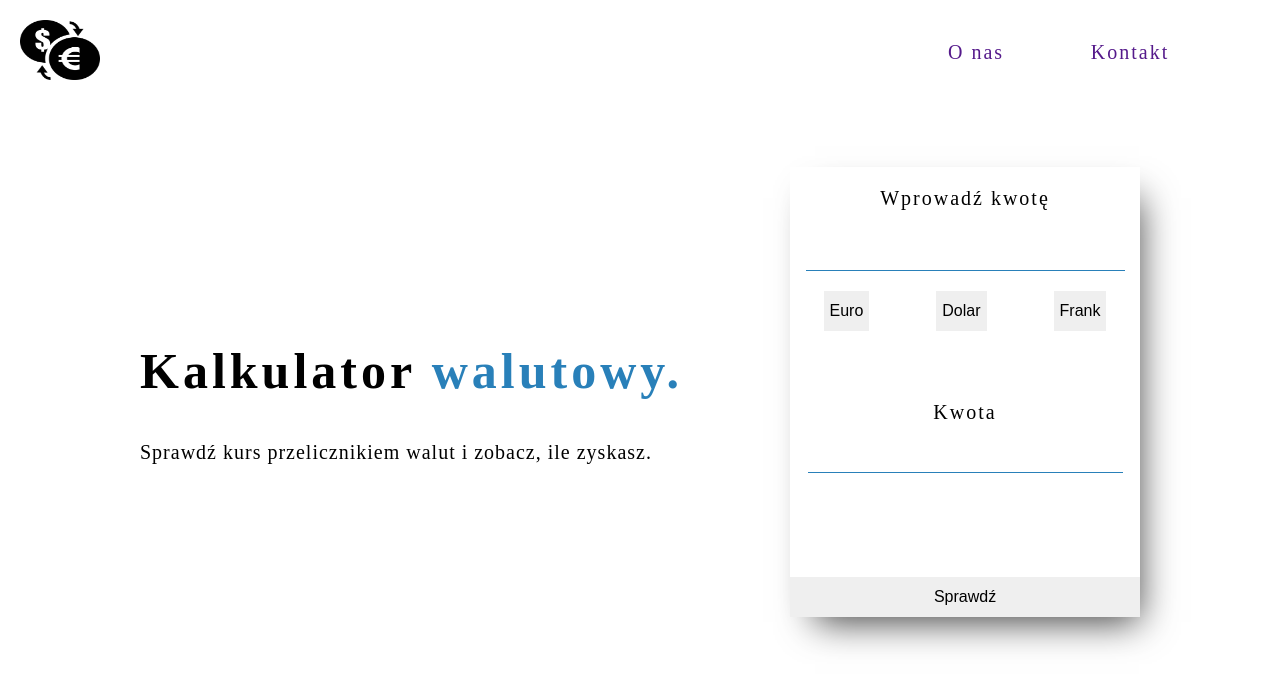
Repository: SebastianArmata22/Kalkulator-walut
Page: index.html
An editor plug-in stored every save of this project. The page is shown before and after the next save, followed by the edit.
The browser window is 1280 px wide. The pictures show the whole page.

Above is the page before, as saved 2020-10-24 12:26:43.

### index.html
<!DOCTYPE html>

<html>
    <head>
        <meta charset="utf-8">
        <meta http-equiv="X-UA-Compatible" content="IE=edge">
        <title>Kalkulator walut</title>
        <meta name="description" content="">
        <meta name="viewport" content="width=device-width, initial-scale=1">
        <link rel="stylesheet" href="style.css">
    </head>
    <body>

    <div class="container">
        <nav>
        <div class="menu-container">
            <div class="logo">
                <img src="./photos/logo.png">
            </div>
            <div class="menu">
                <ul>
                    <li><a href="">O nas</a></li>
                    <li><a href="">Kontakt</a></li>
                </ul>
            </div>
        </div>
        </nav>
        <section>
        <div class="main-content">
            <div class="calculator-content">
            <div class="text">
                <h1>Kalkulator <span>walutowy.</span></h1>
                <p>Sprawdź kurs przelicznikiem walut i zobacz, ile zyskasz.</p>
            </div>
            <div class="calculator">
                <label for="inputNumber" class="text-label">Wprowadź kwotę</label><br>
                <input type="text" id="inputNumber">
                    <div class="inp-div">
                        <button id="euro">Euro</button>
                        <button id="euro">Dolar</button>
                        <button id="euro">Frank</button>
                    </div>
                <label for="outputNumber" class="text-label"> Kwota</label><br>
                <div id="outputNumber"></div>
                <button id="check">Sprawdź</button>
            </div>
        </div>
    </div>
        </section>
    </div>
        <script src="script.js" ></script>
    </body>
</html>

### style.css
body{
    margin: 0;
    padding: 0;
    box-sizing: border-box;
}
.container{
width: 100%;
}
.menu-container{
    position: relative;
    display: flex;
    align-items: center;
}
.logo img{
    position: relative;
    top: 0;
    left: 0;
    height: 60px;
    width: 80px;
    padding: 20px;
}
.menu{

    position: absolute;
    right: 0;
   margin-right: 50px;
}
.menu ul li{
    display: inline-flex;
    justify-content: space-around;
}
.menu ul li a{
    display: flex;
    text-decoration: none;
    height: 50px;
    width: 100px;
    justify-content: center;
    align-items: center;
    font-size: 20px;
    letter-spacing: 2px;
    margin-right: 50px;
}

.menu ul li a:hover{
    border-bottom: 5px solid #2980b9;
    margin-bottom: -5px;
    transition: all 0.3s ease-out;

}
.main-content{
    display: flex;
    align-items: center;
    justify-content: center;
    flex-wrap: wrap;
}
.calculator-content{
    min-width: 1000px;
    height: 80vh;
    display: flex;
    align-items: center;
    justify-content:space-between;
}
.calculator{
    display: flex;
    flex-direction: column;
    box-shadow: 12px 18px 35px -13px rgba(0,0,0,0.75);
    height: 450px;
    width: 350px;
    text-align: center;
}
.text h1{
    font-size: 50px;
    letter-spacing: 4px;
}
.text p{
    font-size: 20px;
    letter-spacing: 1px;

}
#outputNumber{
    width: 90%;
    height: 30px;
    border-bottom: 1px solid #2980b9;
    margin: auto;
    margin-top: 0;

}
.calculator button{
    height: 40px;
    border-style: none;
    font-size: 16px;
}
.calculator button:hover{
    background-color: #2980b9;
    color: white;
    transition: all 0.3s ease-out;
}
.calculator input[type=text]{
    border-style: none;
    height: 40px;
    border-bottom: 1px solid #2980b9;
    width: 90%;
    margin: auto;
    margin-top: 0px;
    margin-bottom: 20px;
}
.text-label{
    margin-top: 20px;
    font-size: 20px;
    letter-spacing: 2px;
}

.inp-div{
    display: flex;
    flex-direction: row;
    align-items: center;
    justify-content: space-around;

}

.inp-div button{
margin-bottom: 50px;
}
.text span{
    color: #2980b9;
}

Loaded but not shown: script.js (no copy from this time; the picture is the same without it)

After the next save:
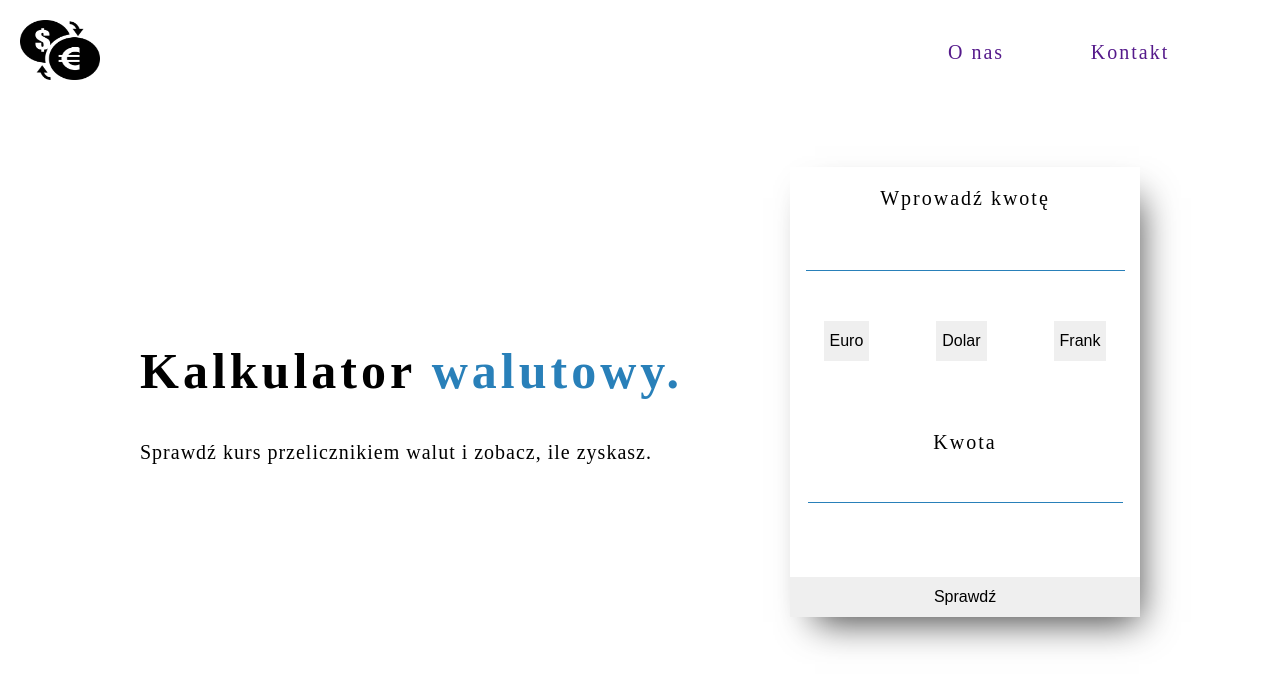
Saved 8 s later.
--- a/style.css
+++ b/style.css
@@ -102,7 +102,7 @@ width: 100%;
     width: 90%;
     margin: auto;
     margin-top: 0px;
-    margin-bottom: 20px;
+    margin-bottom: 50px;
 }
 .text-label{
     margin-top: 20px;
